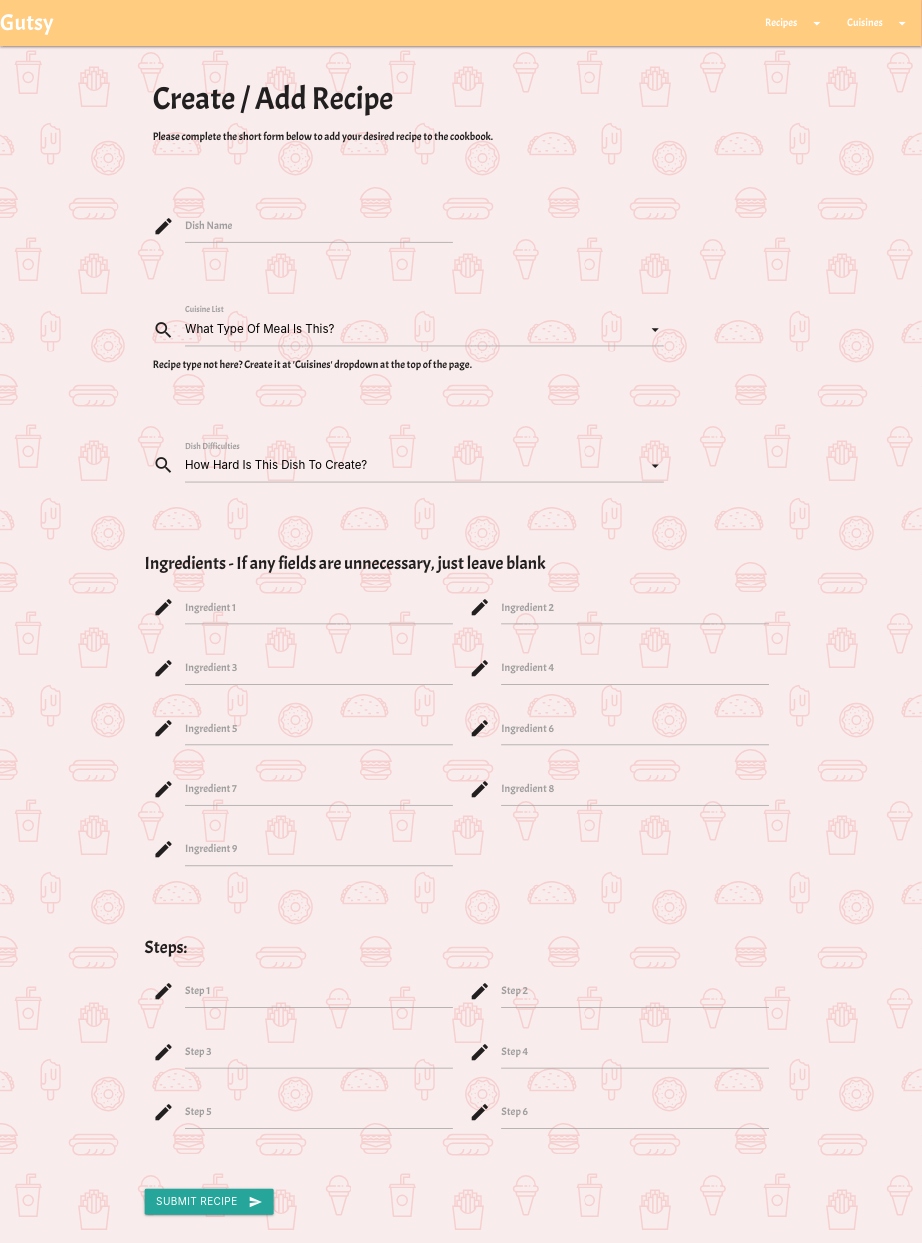
Repository: connor-blackburn/gutsy
Page: http://localhost/create_recipe
The author's editor kept a record of every edit. The page is drawn from the files as they stood at one moment, then again after the next edit.
The browser window is 1280 px wide. The pictures show the whole page, at 72% of full size.
The page is served by the project's application, run on Flask 3 (app.py). Queries for data that is not in the repository find no rows.

Above is the page before.

After the next edit:
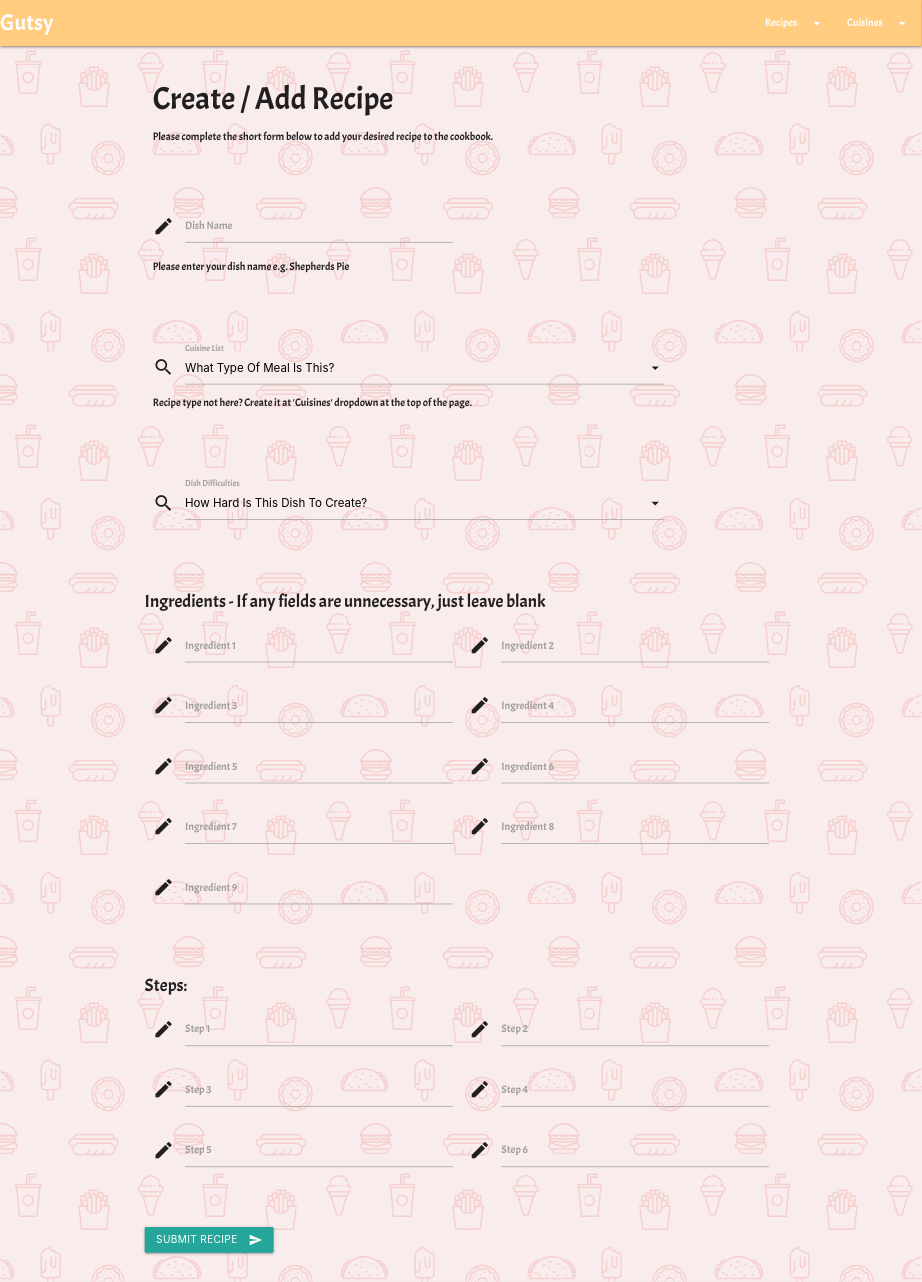
The edit:
--- a/templates/create_recipe.html
+++ b/templates/create_recipe.html
@@ -12,6 +12,7 @@
             <i class="material-icons prefix">create</i>
             <input id="icon_prefix" type="text" id="recipes" name="dish_name" class="validate">
             <label for="icon_prefix" id="recipes" name="dish_name">Dish Name</label>
+            <p>Please enter your dish name e.g. Shepherds Pie</p>
         </div>
     </div>
     <div class="row">
